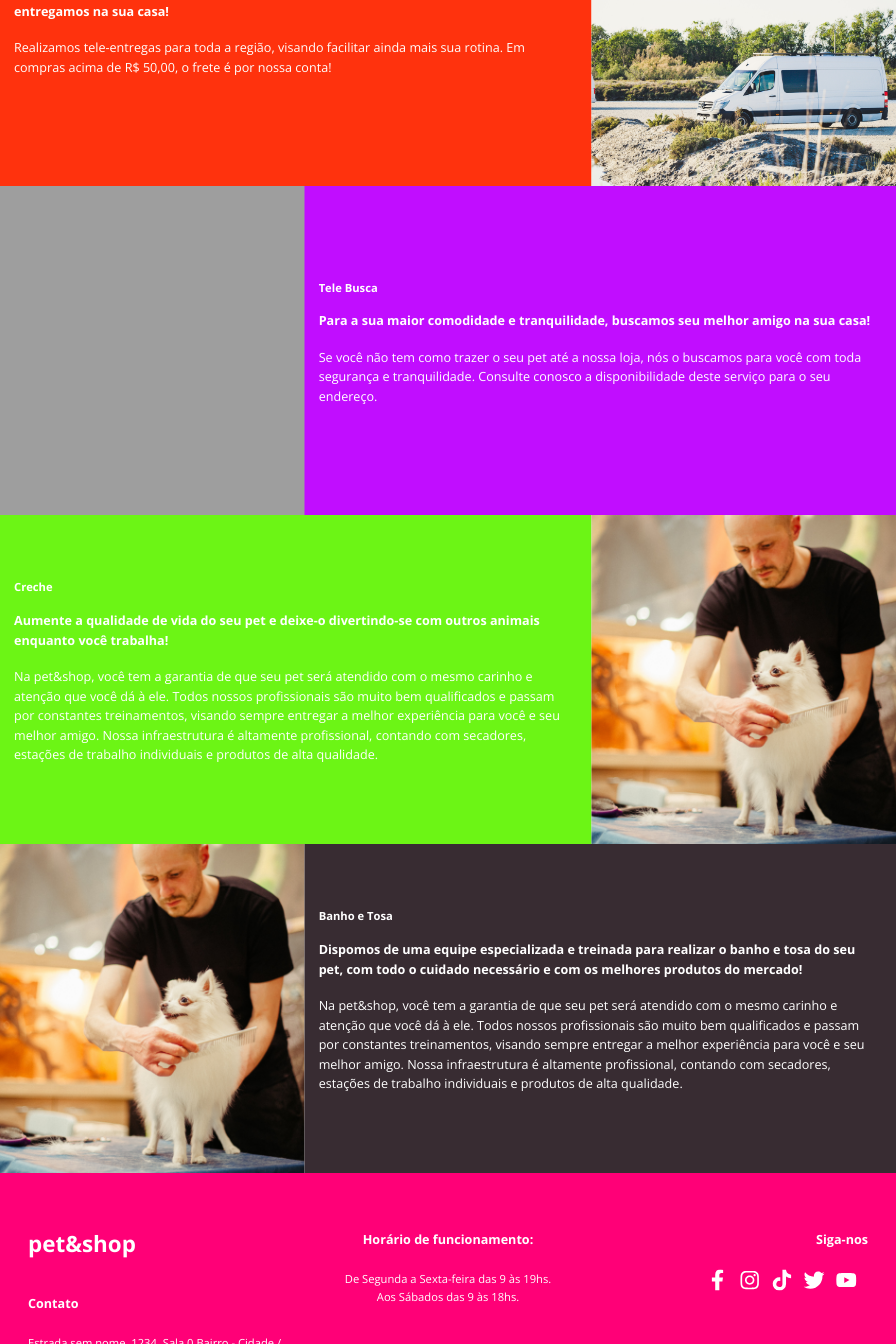
Repository: EzequielKaiber/pet-e-shop
Page: servicos.html
An editor plug-in stored every save of this project. The page is shown before and after the next save, followed by the edit.
The browser window is 1280 px wide. The pictures show the part of the page from y = 1714 to 3634 px (the page is 3884 px tall), at 70% of full size.
Pictures or frames that could not be fetched are drawn as grey boxes.

Above is the page before, as saved 2022-04-26 14:07:52.

### servicos.html
<!DOCTYPE html>
<html lang="en">
<head>
    <meta charset="UTF-8">
    <meta http-equiv="X-UA-Compatible" content="IE=edge">
    <meta name="viewport" content="width=device-width, initial-scale=1.0">
    <title>Produtos</title>
    <link rel="stylesheet" href="css/header.css">
    <link rel="stylesheet" href="css/style.css">
    <link rel="stylesheet" href="css/footer.css">
    <link href="https://fonts.googleapis.com/css2?family=Open+Sans:wght@400;700&display=swap" rel="stylesheet">
</head>
<body class="page-servios">
    <header>
        <div class="container">
            <div class="header-itens">
                <a href="./">
                    <div class="logo" style="background-image: url(img/logo-colored.svg);"></div>
                </a>
                <nav class="menu">
                    <ul>
                        <li>
                            <a href="./index.html">Home</a>
                        </li>
                        <li>
                            <a href="./sobre.html">Sobre</a>
                        </li>
                        <li>
                            <a href="./produtos.html">Produtos</a>
                        </li>
                        <li class="active">
                            <a href="./servicos.html">Serviços</a>
                        </li>
                        <li>
                            <a href="./fale-conosco.html">Fale conosco</a>
                        </li>
                    </ul>
                </nav>
            </div>
        </div>
    </header>
    <div class="servios-list">
        <div class="list-item">
            <div class="left">
                <div class="image" style="background-image: url(img/Serviços/bath-and-groom.jpg);"></div>
            </div>
            <div class="right">
                <h2>Banho e Tosa</h2>
                <p><b>Dispomos de uma equipe especializada e treinada para realizar o banho e tosa do seu pet,
                    com todo o cuidado necessário e com os melhores produtos do mercado!</b></p>
                <p>
                    Na pet&shop, você tem a garantia de que seu pet será atendido com o mesmo carinho e atenção
                    que você dá à ele. Todos nossos profissionais são muito bem qualificados e passam por
                    constantes treinamentos, visando sempre entregar a melhor experiência para você e seu melhor
                    amigo. Nossa infraestrutura é altamente profissional, contando com secadores, estações de
                    trabalho individuais e produtos de alta qualidade.
                </p>
            </div>
        </div>
        <div class="list-item">
            <div class="right rosa white">
                <h2>Centro Médicos</h2>
                <p><b>Aqui você encontrará uma clínica veterinária completa, com médicos veterinários formados e instalações especializadas!</b></p>
                <p>
                    Nós nos preocupamos em oferecer sempre o melhor atendimento. Nossos veterinários são experientes, possuem treinamento, capacitação e certificados, tendo à disposição todos os equipamentos necessários para tratar o seu pet, bem como os melhores medicamentos do mercado. Nossos profissionais estão sempre disponíveis para sanar suas dúvidas e fornecer informações sobre a saúde do seu pet.
                </p>
            </div>
            <div class="left">
                <div class="image" style="background-image: url(img/Serviços/medical-center.jpg);"></div>
            </div>
        </div>
        <div class="list-item">
            <div class="left">
                <div class="image" style="background-image: url(img/Serviços/drugstore.jpg);"></div>
            </div>
            <div class="right azul white">
                <h2>Farmácia Pet</h2>
                <p><b>Na pet&shop você encontra uma grande variedade de remédios e produtos voltados à saúde do seu pet!</b></p>
                <p>
                    Trabalhamos com uma grande variedade de produtos para a saúde animal, todos com certificações e comprovações de efetividade. Possuímos produtos nacionais e importados, além de uma fábrica própria para manipulação de um produto customizado.
                </p>
            </div>
        </div>
        <div class="list-item">
            <div class="right vermelho white">
                <h2>Tele Entrega</h2>
                <p><b>Se a ração do seu pet acabou ou se você precisa de qualquer outro produto, nós o entregamos na sua casa!</b></p>
                <p>
                    Realizamos tele-entregas para toda a região, visando facilitar ainda mais sua rotina. Em compras acima de R$ 50,00, o frete é por nossa conta!
                </p>
            </div>
            <div class="left">
                <div class="image" style="background-image: url(img/Serviços/delivery.jpg);"></div>
            </div>
        </div>
        <div class="list-item">
            <div class="left">
                <div class="image" style="background-image: url(img/Serviços/pick-up.jpg);"></div>
            </div>
            <div class="right roxo white">
                <h2>Tele Busca</h2>
                <p><b>Para a sua maior comodidade e tranquilidade, buscamos seu melhor amigo na sua casa!</b></p>
                <p>
                    Se você não tem como trazer o seu pet até a nossa loja, nós o buscamos para você com toda segurança e tranquilidade. Consulte conosco a disponibilidade deste serviço para o seu endereço.
                </p>
            </div>
        </div>
        <div class="list-item">
            <div class="right verde white">
                <h2>Creche</h2>
                <p><b>Aumente a qualidade de vida do seu pet e deixe-o divertindo-se com outros animais enquanto você trabalha!</b></p>
                <p>
                    Na pet&shop, você tem a garantia de que seu pet será atendido com o mesmo carinho e atenção
                    que você dá à ele. Todos nossos profissionais são muito bem qualificados e passam por
                    constantes treinamentos, visando sempre entregar a melhor experiência para você e seu melhor
                    amigo. Nossa infraestrutura é altamente profissional, contando com secadores, estações de
                    trabalho individuais e produtos de alta qualidade.
                </p>
            </div>
            <div class="left">
                <div class="image" style="background-image: url(img/Serviços/bath-and-groom.jpg);"></div>
            </div>
        </div>
        <div class="list-item">
            <div class="left">
                <div class="image" style="background-image: url(img/Serviços/bath-and-groom.jpg);"></div>
            </div>
            <div class="right cinza white">
                <h2>Banho e Tosa</h2>
                <p><b>Dispomos de uma equipe especializada e treinada para realizar o banho e tosa do seu pet,
                    com todo o cuidado necessário e com os melhores produtos do mercado!</b></p>
                <p>
                    Na pet&shop, você tem a garantia de que seu pet será atendido com o mesmo carinho e atenção
                    que você dá à ele. Todos nossos profissionais são muito bem qualificados e passam por
                    constantes treinamentos, visando sempre entregar a melhor experiência para você e seu melhor
                    amigo. Nossa infraestrutura é altamente profissional, contando com secadores, estações de
                    trabalho individuais e produtos de alta qualidade.
                </p>
            </div>
        </div>
    </div>
    <footer>
        <div class="container">
            <div class="footer-itens">
                <div class="footer-item">
                    <h2>pet&shop</h2>
                    <ul>
                        <li class="title">Contato</li>
                        <li>Estrada sem nome, 1234, Sala 0 Bairro - Cidade / UF</li>
                        <li>12345-678</li>
                        <li><a href="tel:(00) 99999-9999">(00) 99999-9999</a></li>
                        <li><a href="mailto:contato@petshop.com.br">contato@petshop.com.br</a></li>
                    </ul>
                </div>
                <div class="footer-item dflex alg-center jcc f-col">
                    <h1>Horário de funcionamento:</h1>
                    <p>De Segunda a Sexta-feira das 9 às 19hs.</p>
                    <p>Aos Sábados das 9 às 18hs.</p>
                </div>
                <div class="footer-item social-items">
                    <h1>Siga-nos</h1>
                    <div class="social">
                        <a href="#">
                            <svg xmlns="http://www.w3.org/2000/svg" viewBox="0 0 320 512"><!--! Font Awesome Pro 6.1.1 by @fontawesome - https://fontawesome.com License - https://fontawesome.com/license (Commercial License) Copyright 2022 Fonticons, Inc. --><path d="M279.14 288l14.22-92.66h-88.91v-60.13c0-25.35 12.42-50.06 52.24-50.06h40.42V6.26S260.43 0 225.36 0c-73.22 0-121.08 44.38-121.08 124.72v70.62H22.89V288h81.39v224h100.17V288z"/></svg>
                        </a>
                        <a href="#">
                            <svg xmlns="http://www.w3.org/2000/svg" viewBox="0 0 448 512"><!--! Font Awesome Pro 6.1.1 by @fontawesome - https://fontawesome.com License - https://fontawesome.com/license (Commercial License) Copyright 2022 Fonticons, Inc. --><path d="M224.1 141c-63.6 0-114.9 51.3-114.9 114.9s51.3 114.9 114.9 114.9S339 319.5 339 255.9 287.7 141 224.1 141zm0 189.6c-41.1 0-74.7-33.5-74.7-74.7s33.5-74.7 74.7-74.7 74.7 33.5 74.7 74.7-33.6 74.7-74.7 74.7zm146.4-194.3c0 14.9-12 26.8-26.8 26.8-14.9 0-26.8-12-26.8-26.8s12-26.8 26.8-26.8 26.8 12 26.8 26.8zm76.1 27.2c-1.7-35.9-9.9-67.7-36.2-93.9-26.2-26.2-58-34.4-93.9-36.2-37-2.1-147.9-2.1-184.9 0-35.8 1.7-67.6 9.9-93.9 36.1s-34.4 58-36.2 93.9c-2.1 37-2.1 147.9 0 184.9 1.7 35.9 9.9 67.7 36.2 93.9s58 34.4 93.9 36.2c37 2.1 147.9 2.1 184.9 0 35.9-1.7 67.7-9.9 93.9-36.2 26.2-26.2 34.4-58 36.2-93.9 2.1-37 2.1-147.8 0-184.8zM398.8 388c-7.8 19.6-22.9 34.7-42.6 42.6-29.5 11.7-99.5 9-132.1 9s-102.7 2.6-132.1-9c-19.6-7.8-34.7-22.9-42.6-42.6-11.7-29.5-9-99.5-9-132.1s-2.6-102.7 9-132.1c7.8-19.6 22.9-34.7 42.6-42.6 29.5-11.7 99.5-9 132.1-9s102.7-2.6 132.1 9c19.6 7.8 34.7 22.9 42.6 42.6 11.7 29.5 9 99.5 9 132.1s2.7 102.7-9 132.1z"/></svg>
                        </a>
                        <a href="#">
                            <svg xmlns="http://www.w3.org/2000/svg" viewBox="0 0 448 512"><!--! Font Awesome Pro 6.1.1 by @fontawesome - https://fontawesome.com License - https://fontawesome.com/license (Commercial License) Copyright 2022 Fonticons, Inc. --><path d="M448,209.91a210.06,210.06,0,0,1-122.77-39.25V349.38A162.55,162.55,0,1,1,185,188.31V278.2a74.62,74.62,0,1,0,52.23,71.18V0l88,0a121.18,121.18,0,0,0,1.86,22.17h0A122.18,122.18,0,0,0,381,102.39a121.43,121.43,0,0,0,67,20.14Z"/></svg>
                        </a>
                        <a href="#">
                            <svg xmlns="http://www.w3.org/2000/svg" viewBox="0 0 512 512"><!--! Font Awesome Pro 6.1.1 by @fontawesome - https://fontawesome.com License - https://fontawesome.com/license (Commercial License) Copyright 2022 Fonticons, Inc. --><path d="M459.37 151.716c.325 4.548.325 9.097.325 13.645 0 138.72-105.583 298.558-298.558 298.558-59.452 0-114.68-17.219-161.137-47.106 8.447.974 16.568 1.299 25.34 1.299 49.055 0 94.213-16.568 130.274-44.832-46.132-.975-84.792-31.188-98.112-72.772 6.498.974 12.995 1.624 19.818 1.624 9.421 0 18.843-1.3 27.614-3.573-48.081-9.747-84.143-51.98-84.143-102.985v-1.299c13.969 7.797 30.214 12.67 47.431 13.319-28.264-18.843-46.781-51.005-46.781-87.391 0-19.492 5.197-37.36 14.294-52.954 51.655 63.675 129.3 105.258 216.365 109.807-1.624-7.797-2.599-15.918-2.599-24.04 0-57.828 46.782-104.934 104.934-104.934 30.213 0 57.502 12.67 76.67 33.137 23.715-4.548 46.456-13.32 66.599-25.34-7.798 24.366-24.366 44.833-46.132 57.827 21.117-2.273 41.584-8.122 60.426-16.243-14.292 20.791-32.161 39.308-52.628 54.253z"/></svg>
                        </a>
                        <a href="#">
                            <svg xmlns="http://www.w3.org/2000/svg" viewBox="0 0 576 512"><!--! Font Awesome Pro 6.1.1 by @fontawesome - https://fontawesome.com License - https://fontawesome.com/license (Commercial License) Copyright 2022 Fonticons, Inc. --><path d="M549.655 124.083c-6.281-23.65-24.787-42.276-48.284-48.597C458.781 64 288 64 288 64S117.22 64 74.629 75.486c-23.497 6.322-42.003 24.947-48.284 48.597-11.412 42.867-11.412 132.305-11.412 132.305s0 89.438 11.412 132.305c6.281 23.65 24.787 41.5 48.284 47.821C117.22 448 288 448 288 448s170.78 0 213.371-11.486c23.497-6.321 42.003-24.171 48.284-47.821 11.412-42.867 11.412-132.305 11.412-132.305s0-89.438-11.412-132.305zm-317.51 213.508V175.185l142.739 81.205-142.739 81.201z"/></svg>
                        </a>
                    </div>
                </div>
            </div>
            <div class="copy">
                <p>© 2022 pet&shop | Todos os direitos reservados. Desenvolvido por <a target="_blank" href="https://www.univates.br/crieti">Crie_TI</a></p>
            </div>
        </div>
    </footer>
</body>
</html>

### css/header.css
* {
    padding: 0;
    margin: 0;
    box-sizing: border-box;
}
header {
    width: 100%;
    height: 100px;
    background-color: #fff;
    box-shadow: 0 3px 6px 0 rgb(0 0 0 / 5%);
    position: fixed;
    top: 0;
    z-index: 999999;
}
header .header-itens {
    display: flex;
    flex-direction: row;
    justify-content: space-between;
    width: 100%;
    height: 100px;
    align-items: center;
}
header .header-itens .logo {
    width: 200px;
    height: 90px;
    background-position: center;
    background-repeat: no-repeat;
    background-size: contain;
}
header .header-itens .menu {
    display: flex;
    flex-direction: row;
}
header .header-itens .menu ul {
    list-style: none;
    display: flex;
    flex-direction: row;
    margin-right: 16px;
}
header .header-itens .menu ul li {
    height: 100%;
    padding: 38px 10px;
    margin-left: 20px;
}
header .header-itens .menu ul li a {
    font-size: 18px;
    line-height: 28px;
    color: #000;
    text-decoration: none;
    transition: ease-in-out 0.32s;
}
header .header-itens .menu ul li a:hover {
    transition: ease-in-out 0.32s;
    color: #f07;
}
header .header-itens .menu ul li.active {
    background-color: #f07;
}
header .header-itens .menu ul li.active a {
    color: #fff;
}

### css/footer.css
footer {
    background-color: #FF0077;
    padding: 80px 0;
}
footer .footer-itens {
    display: flex;
    flex-direction: row;
    justify-content: space-between;
}
footer .footer-itens .footer-item {
    width: calc(33% - 15px);
    height: fit-content;
}
footer .footer-itens .footer-item h2 {
    font-size: 32px;
    line-height: 42px;
    color: #fff;
    margin-bottom: 50px;
}
footer .footer-itens .footer-item ul {
    list-style: none;
    display: flex;
    flex-direction: column;
}
footer .footer-itens .footer-item ul li.title {
    font-size: 18px;
    line-height: 28px;
    color: #fff;
    font-weight: bold;
    margin-bottom: 30px;
}
footer .footer-itens .footer-item ul li {
    font-size: 16px;
    line-height: 26px;
    color: #fff;
}
footer .footer-itens .footer-item ul li a {
    font-size: 16px;
    line-height: 26px;
    color: #fff;
    font-weight: bold;
    text-decoration: none;
}
footer .footer-itens .footer-item h1 {
    font-size: 18px;
    line-height: 28px;
    color: #fff;
    font-weight: bold;
    margin-bottom: 30px;
}
footer .footer-itens .footer-item.social-items {
    align-items: flex-end;
    justify-content: flex-end;
    display: flex;
    flex-direction: column;
}
footer .footer-itens .footer-item p {
    font-size: 16px;
    line-height: 26px;
    color: #fff;
}
footer .footer-itens .footer-item .social {
    display: flex;
    flex-direction: row;
    align-items: flex-end;
}
footer .footer-itens .footer-item .social a {
    display: block;
    height: 30px;
    width: 30px;
    margin-right: 16px;
}
footer .footer-itens .footer-item .social a svg {
    height: 30px;
    width: 30px;
    fill: #fff;
    transition: ease-in-out 0.32s;
    transform: scale(1) rotate(0deg);
}
footer .footer-itens .footer-item .social a:hover svg {
    transform: scale(1.1) rotate(10deg);
    transition: ease-in-out 0.32s;
}
footer .copy {
    display: flex;
    margin-top: 30px;
    flex-direction: row;
    align-items: center;
    justify-content: center;
}
footer .copy p {
    font-size: 14px;
    line-height: 24px;
    color: #fff;
}
footer .copy p a {
    font-size: 14px;
    line-height: 24px;
    color: #fff;
    font-weight: bold;
    text-decoration: none;
}

Loaded but not shown: css/style.css (481 lines, source omitted)

After the next save:
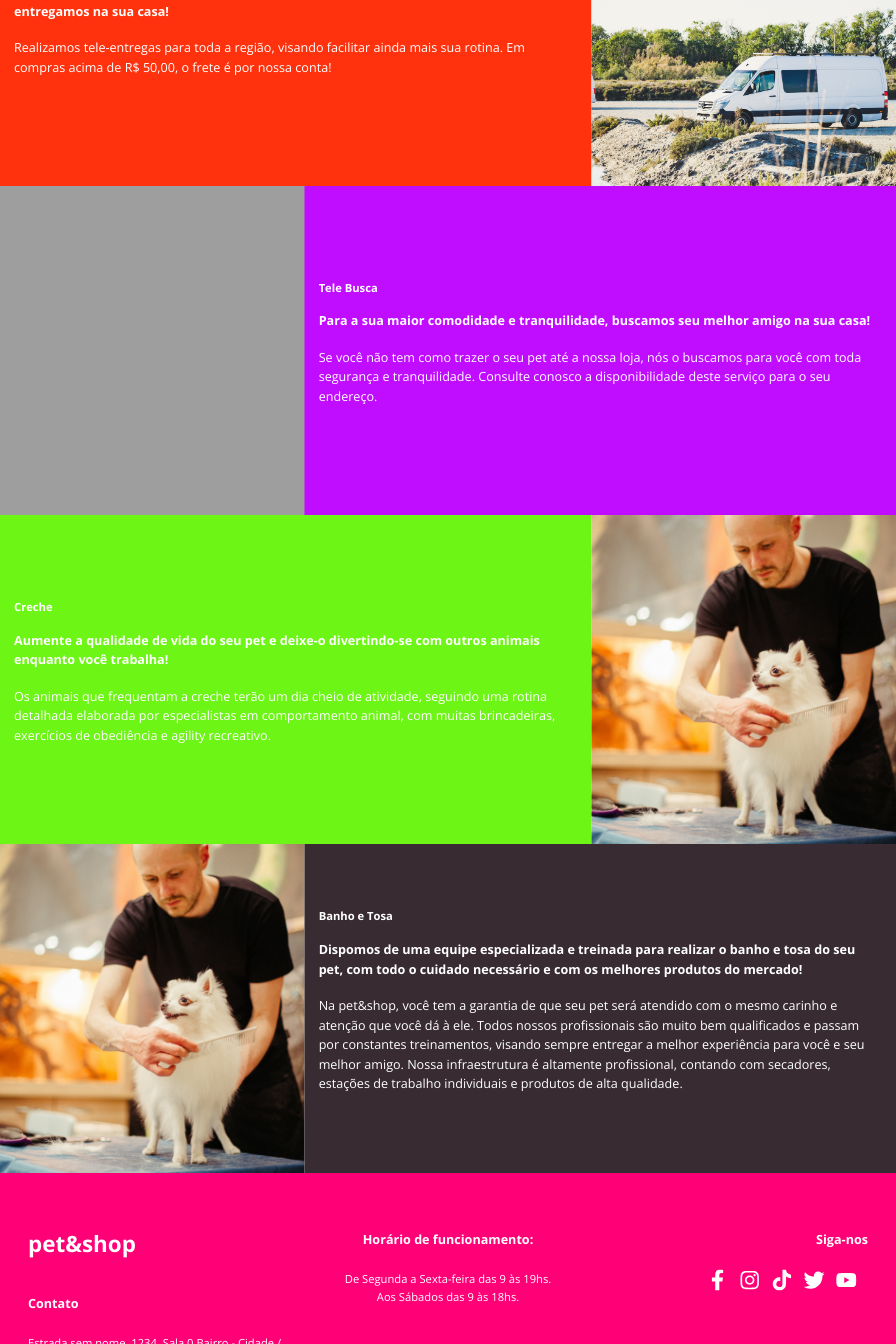
Saved 13 s later.
--- a/servicos.html
+++ b/servicos.html
@@ -110,11 +110,7 @@
                 <h2>Creche</h2>
                 <p><b>Aumente a qualidade de vida do seu pet e deixe-o divertindo-se com outros animais enquanto você trabalha!</b></p>
                 <p>
-                    Na pet&shop, você tem a garantia de que seu pet será atendido com o mesmo carinho e atenção
-                    que você dá à ele. Todos nossos profissionais são muito bem qualificados e passam por
-                    constantes treinamentos, visando sempre entregar a melhor experiência para você e seu melhor
-                    amigo. Nossa infraestrutura é altamente profissional, contando com secadores, estações de
-                    trabalho individuais e produtos de alta qualidade.
+                    Os animais que frequentam a creche terão um dia cheio de atividade, seguindo uma rotina detalhada elaborada por especialistas em comportamento animal, com muitas brincadeiras, exercícios de obediência e agility recreativo.
                 </p>
             </div>
             <div class="left">
